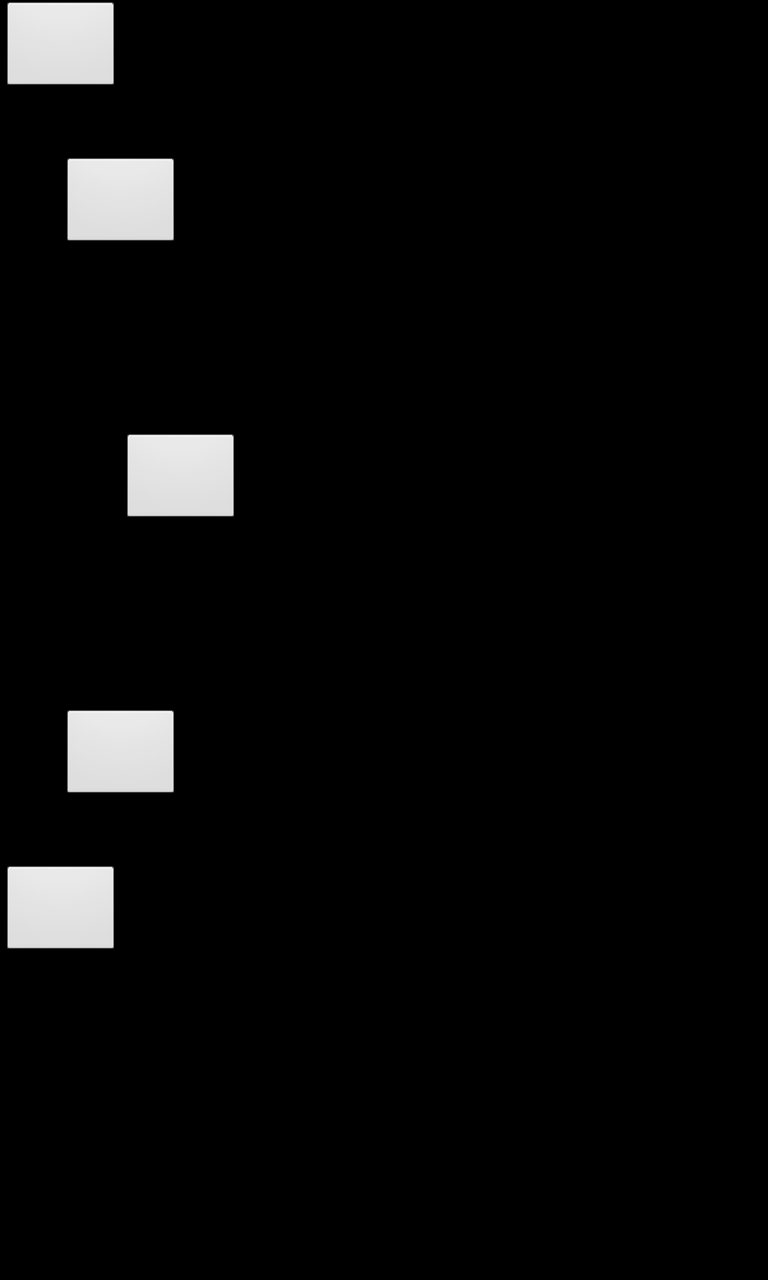
Repository: androportal/APL-apk
Layout: test/imagebuttons/res/layout/main.xml
An editor plug-in stored every save of this project. The layout is shown before and after the next save, followed by the edit.
It is drawn on a 768 x 1280 px phone screen (xhdpi) without system bars, with theme android:Theme; the app's code is not run.

Above is the layout before, as saved 2012-05-21 18:00:21.

### test/imagebuttons/res/layout/main.xml
<?xml version="1.0" encoding="utf-8"?>
<LinearLayout xmlns:android="http://schemas.android.com/apk/res/android"
    android:layout_width="fill_parent"
    android:layout_height="fill_parent"
    android:orientation="vertical" >

    <ImageButton
        android:id="@+id/ImageButton07"
        android:layout_width="61dp"
        android:layout_height="wrap_content"
        android:layout_margin="0dp"
        android:src="@drawable/i" />

    <ImageButton
        android:id="@+id/ImageButton06"
        android:layout_width="61dp"
        android:layout_height="wrap_content"
        android:src="@drawable/i"
        android:tint="#067837"
        android:layout_margin="30dp" />

    <ImageButton
        android:id="@+id/ImageButton05"
        android:layout_width="61dp"
        android:layout_height="wrap_content"
        android:src="@drawable/i"
        android:layout_margin="60dp" />

    <ImageButton
        android:id="@+id/ImageButton03"
        android:layout_width="61dp"
        android:layout_height="wrap_content"
        android:src="@drawable/i"
        android:layout_margin="30dp" />

    <ImageButton
        android:id="@+id/ImageButton04"
        android:layout_width="61dp"
        android:layout_height="wrap_content"
        android:src="@drawable/i" />

</LinearLayout>

### test/imagebuttons/res/drawable/i.xml
<?xml version="1.0" encoding="utf-8"?>
<selector xmlns:android="http://schemas.android.com/apk/res/android" >
    <item
        android:state_pressed="true"
        android:drawable="@drawable/button_pressed"
      >
     <item android:state_focused="true"

           android:drawable="@drawable/button_focussed" /> <!-- focused -->
     <item android:drawable="@drawable/button_normal"/> </item>
     </selector>

After the next save:
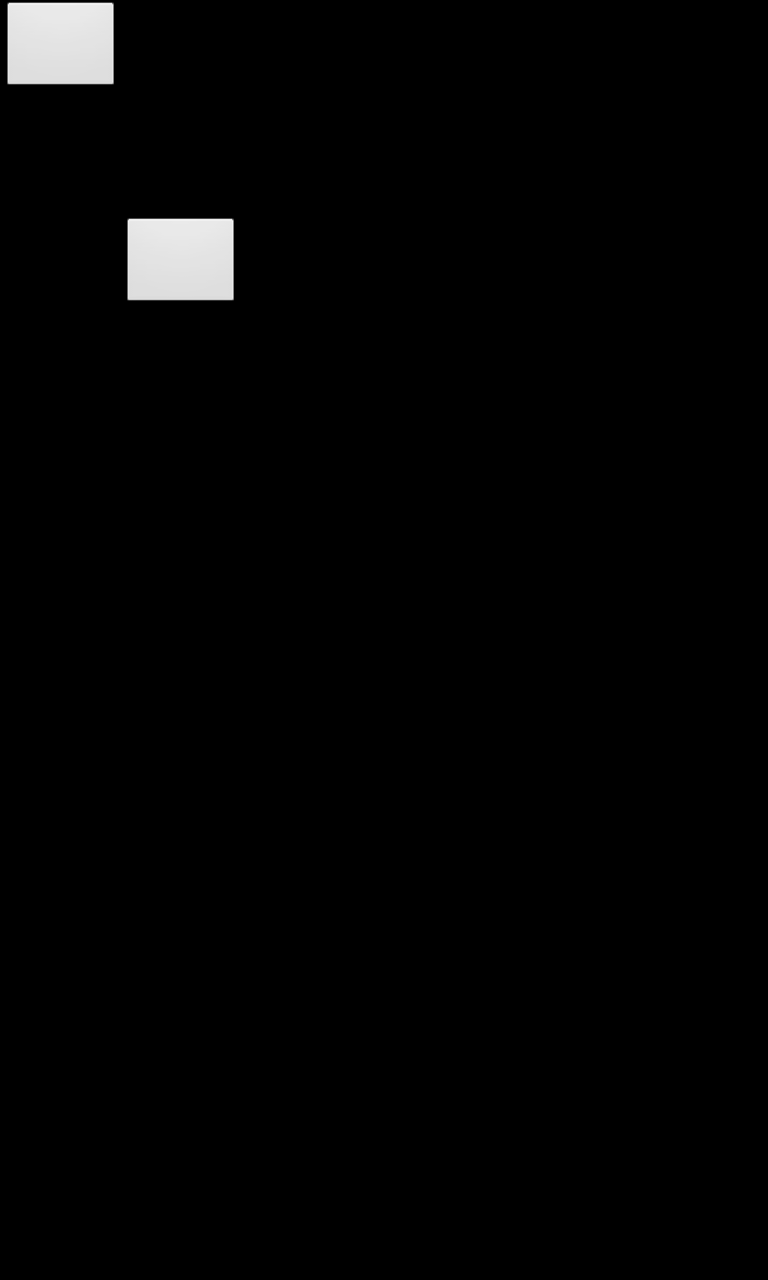
Saved 34 s later.
--- a/test/imagebuttons/res/layout/main.xml
+++ b/test/imagebuttons/res/layout/main.xml
@@ -17,21 +17,21 @@
         android:layout_height="wrap_content"
         android:src="@drawable/i"
         android:tint="#067837"
-        android:layout_margin="30dp" />
+        android:layout_margin="60dp" />
 
     <ImageButton
         android:id="@+id/ImageButton05"
         android:layout_width="61dp"
         android:layout_height="wrap_content"
         android:src="@drawable/i"
-        android:layout_margin="60dp" />
+        android:layout_margin="1200dp" />
 
     <ImageButton
         android:id="@+id/ImageButton03"
         android:layout_width="61dp"
         android:layout_height="wrap_content"
         android:src="@drawable/i"
-        android:layout_margin="30dp" />
+        android:layout_margin="60dp" />
 
     <ImageButton
         android:id="@+id/ImageButton04"
